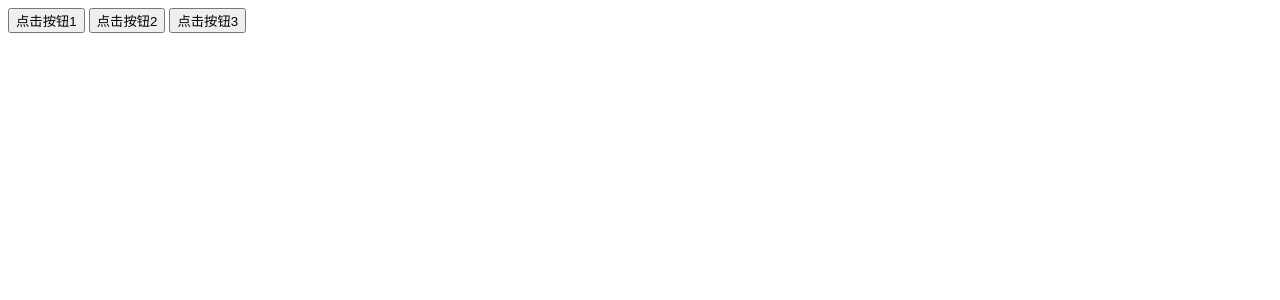
Repository: yoghurtxu/book-design-pattern-js
Page: 09-命令模式/demo.html
The author's editor kept a copy of each file at every save. The page is drawn from the files as they stood at one save, then again after the next save.
The browser window is 1280 px wide. The pictures show the whole page.

Above is the page before, as saved 2020-02-02 19:22:37.
Console error: SyntaxError: Unexpected token 'var'

After the next save:
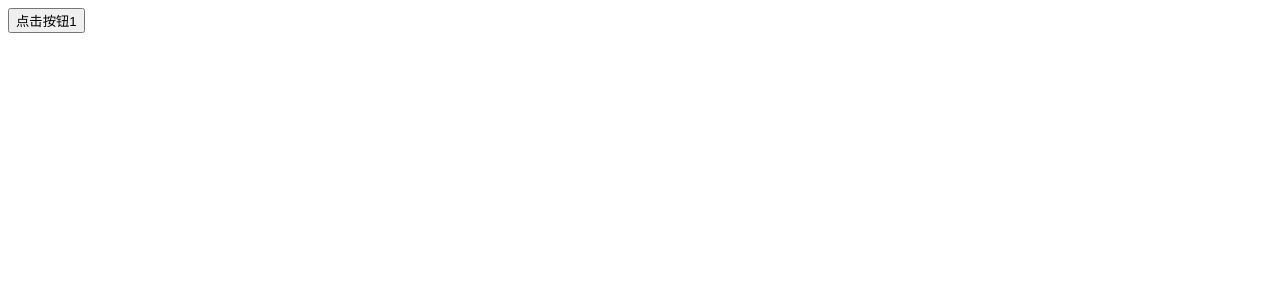
Saved 83 s later.
--- a/09-命令模式/demo.html
+++ b/09-命令模式/demo.html
@@ -7,13 +7,9 @@
 <body>
 
 	<button id="button1">点击按钮1</button>
-	<button id="button2">点击按钮2</button>
-	<button id="button3">点击按钮3</button>
 
 	<script>
 		var button1 = document.getElementById( 'button1' ),
-		var button2 = document.getElementById( 'button2' ),
-		var button3 = document.getElementById( 'button3' );
 
 		var setCommand = function( button, command ){
 			button.onclick = function(){
@@ -26,15 +22,7 @@
 				console.log( '刷新菜单目录' );
 			}
 		};
-		var SubMenu = {
-			add: function(){
-				console.log( '增加子菜单' );
-			},
-			del: function(){
-				console.log( '删除子菜单' );
-			}
-		};
-		在让button 变得有用起来之前，我们要先把这些行为都封装在命令类中：
+		// 在让button 变得有用起来之前，我们要先把这些行为都封装在命令类中：
 		var RefreshMenuBarCommand = function( receiver ){
 			this.receiver = receiver;
 		};
@@ -56,8 +44,6 @@
 		};
 
 		var refreshMenuBarCommand = new RefreshMenuBarCommand( MenuBar );
-		var addSubMenuCommand = new AddSubMenuCommand( SubMenu );
-		var delSubMenuCommand = new DelSubMenuCommand( SubMenu );
 		setCommand( button1, refreshMenuBarCommand );
 		setCommand( button2, addSubMenuCommand );
 		setCommand( button3, delSubMenuCommand );
@@ -71,14 +57,6 @@
 		var MenuBar = {
 			refresh: function(){
 				console.log( '刷新菜单界面' );
-			}
-		};
-		var SubMenu = {
-			add: function(){
-				console.log( '增加子菜单' );
-			},
-			del: function(){
-				console.log( '删除子菜单' );
 			}
 		};
 		bindClick( button1, MenuBar.refresh );
